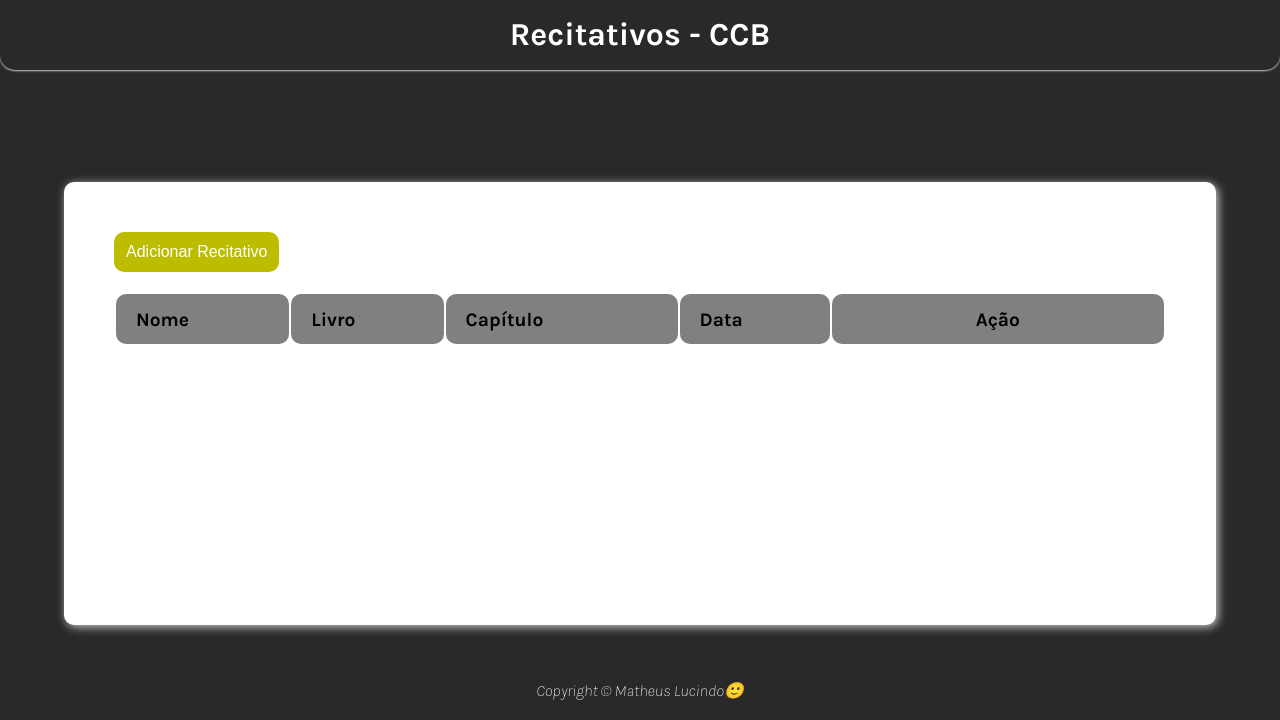
Repository: Matheus904-12/API-da-CCB
Page: index.html
The author's editor kept a copy of each file at every save. The page is drawn from the files as they stood at one save, then again after the next save.
The browser window is 1280 px wide. The pictures show the whole page.

Above is the page before, as saved 2024-01-14 01:58:00.

After the next save:
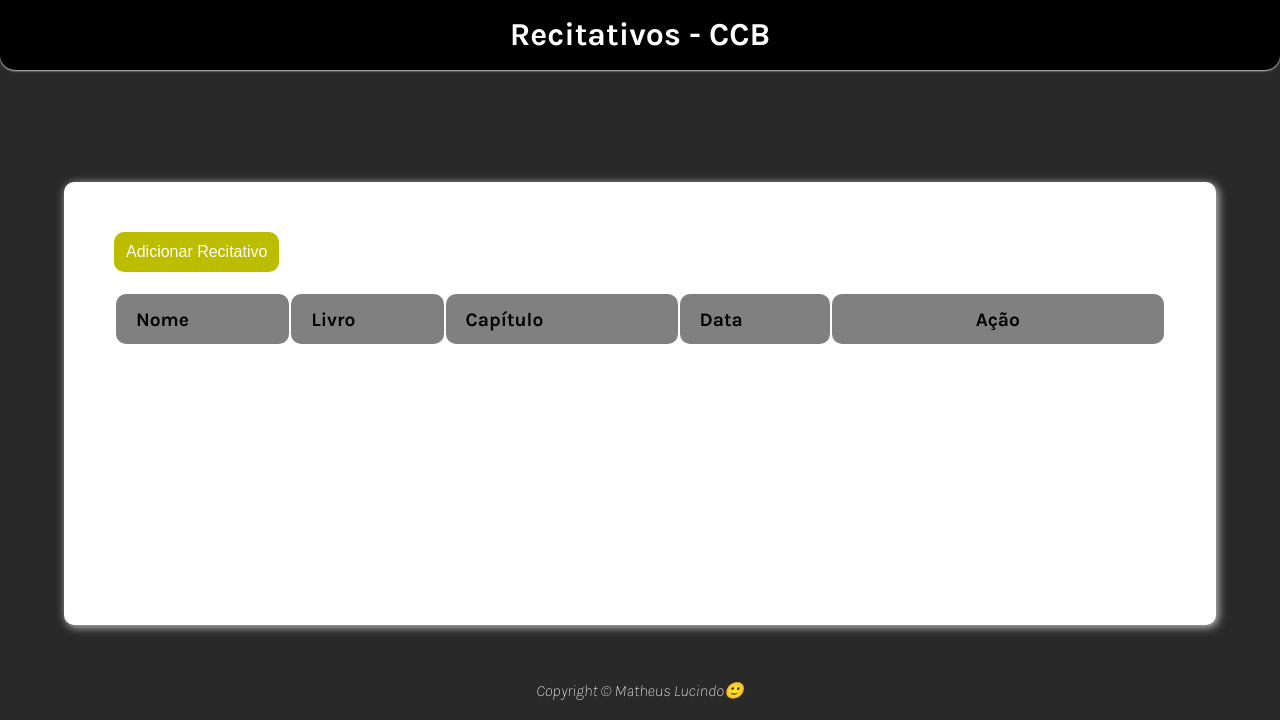
Saved 112 s later.
--- a/principal.css
+++ b/principal.css
@@ -5,7 +5,7 @@
 }
 
 :root{
-    --primary-color: #2a2929;
+    --primary-color: #000000;
     --secundary-color: #cfcfcf;
     --shadow-color: #CCC;
     --text-color: #FFF;
